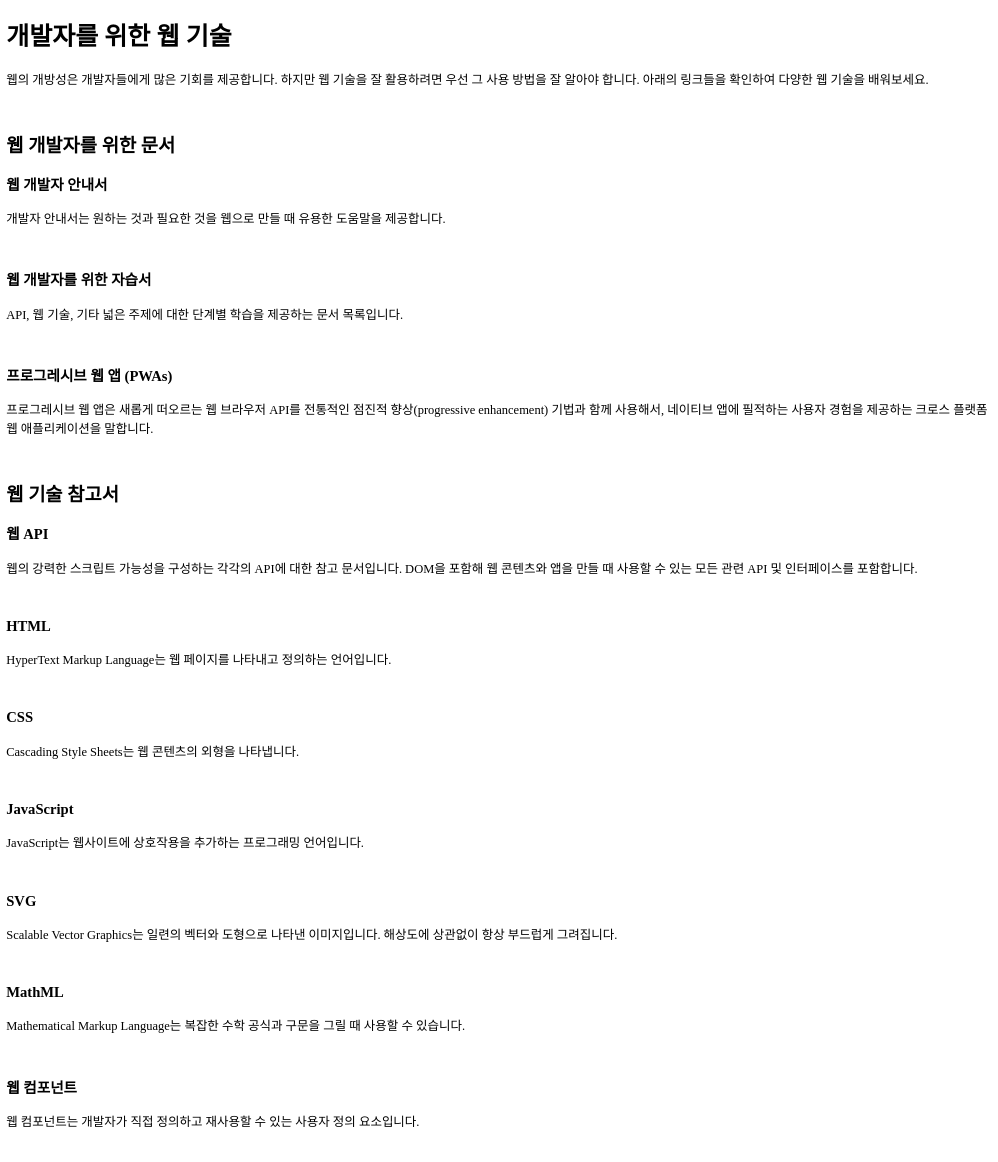
Repository: Hswwwww/WEB
Page: ClientTest/src/main/webapp/html/Q003.html
These files come from the project's save history. The page is drawn as it stood at one moment and after the next save; the edit follows.
The browser window is 1280 px wide. The pictures show the whole page, at 78% of full size.

Above is the page before, as saved 2024-03-13 02:19:38.

### ClientTest/src/main/webapp/html/Q003.html
<!DOCTYPE html>
<html>
<head>
<meta charset="UTF-8">
<title>Insert title here</title>
</head>
<body>

	<h1>개발자를 위한 웹 기술</h1>
	<p >웹의 개방성은 개발자들에게 많은 기회를 제공합니다. 하지만 웹 기술을 잘 활용하려면 우선 그 사용 방법을 잘 알아야 합니다. 아래의 링크들을 확인하여 다양한 웹 기술을 배워보세요.</p><br>

	<h2>웹 개발자를 위한 문서</h2>

	<h3>웹 개발자 안내서</h3>

	<p> 개발자 안내서는 원하는 것과 필요한 것을 웹으로 만들 때 유용한 도움말을 제공합니다.</p><br>

	<h3>웹 개발자를 위한 자습서</h3>
	<p>API, 웹 기술, 기타 넓은 주제에 대한 단계별 학습을 제공하는 문서 목록입니다.</p><br>


	<h3>프로그레시브 웹 앱 (PWAs)</h3>
	<p >프로그레시브 웹 앱은 새롭게 떠오르는 웹 브라우저 API를 전통적인 점진적 향상(progressive enhancement) 기법과 함께 사용해서, 네이티브 앱에 필적하는 사용자 경험을 제공하는 크로스 플랫폼 웹 애플리케이션을 말합니다.</p><br>

	<h2>웹 기술 참고서</h2>

	<h3>웹 API</h3>
	<p >웹의 강력한 스크립트 가능성을 구성하는 각각의 API에 대한 참고 문서입니다. DOM을 포함해 웹 콘텐츠와 앱을 만들 때 사용할 수 있는 모든 관련 API 및 인터페이스를 포함합니다.</p><br>

	<h3>HTML</h3>
	<p >HyperText Markup Language는 웹 페이지를 나타내고 정의하는 언어입니다.</p><br>

	<h3>CSS</h3>
	<p >Cascading Style Sheets는 웹 콘텐츠의 외형을 나타냅니다.</p><br>

	<h3>JavaScript</h3>
	<p >JavaScript는 웹사이트에 상호작용을 추가하는 프로그래밍 언어입니다.</p><br>

	<h3>SVG</h3>
	<p >Scalable Vector Graphics는 일련의 벡터와 도형으로 나타낸 이미지입니다. 해상도에 상관없이 항상 부드럽게 그려집니다.</p><br>

	<h3>MathML</h3>
	<p  >Mathematical Markup Language는 복잡한 수학 공식과 구문을 그릴 때 사용할 수 있습니다.</p><br>

	<h3>웹 컴포넌트</h3>
	<p >웹 컴포넌트는 개발자가 직접 정의하고 재사용할 수 있는 사용자 정의 요소입니다.</p><br>




</body>
</html>

After the next save:
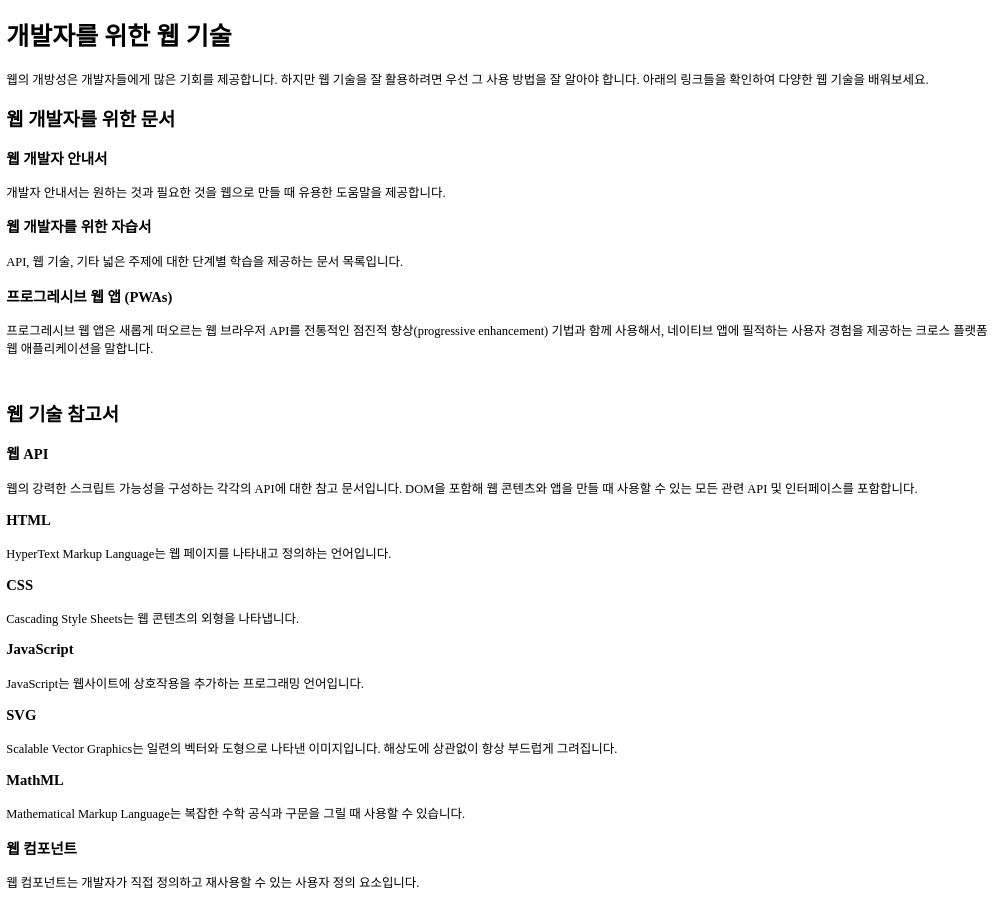
Saved 28 s later.
--- a/ClientTest/src/main/webapp/html/Q003.html
+++ b/ClientTest/src/main/webapp/html/Q003.html
@@ -7,16 +7,16 @@
 <body>
 
 	<h1>개발자를 위한 웹 기술</h1>
-	<p >웹의 개방성은 개발자들에게 많은 기회를 제공합니다. 하지만 웹 기술을 잘 활용하려면 우선 그 사용 방법을 잘 알아야 합니다. 아래의 링크들을 확인하여 다양한 웹 기술을 배워보세요.</p><br>
+	<p >웹의 개방성은 개발자들에게 많은 기회를 제공합니다. 하지만 웹 기술을 잘 활용하려면 우선 그 사용 방법을 잘 알아야 합니다. 아래의 링크들을 확인하여 다양한 웹 기술을 배워보세요.</p>
 
 	<h2>웹 개발자를 위한 문서</h2>
 
 	<h3>웹 개발자 안내서</h3>
 
-	<p> 개발자 안내서는 원하는 것과 필요한 것을 웹으로 만들 때 유용한 도움말을 제공합니다.</p><br>
+	<p> 개발자 안내서는 원하는 것과 필요한 것을 웹으로 만들 때 유용한 도움말을 제공합니다.</p>
 
 	<h3>웹 개발자를 위한 자습서</h3>
-	<p>API, 웹 기술, 기타 넓은 주제에 대한 단계별 학습을 제공하는 문서 목록입니다.</p><br>
+	<p>API, 웹 기술, 기타 넓은 주제에 대한 단계별 학습을 제공하는 문서 목록입니다.</p>
 
 
 	<h3>프로그레시브 웹 앱 (PWAs)</h3>
@@ -25,25 +25,25 @@
 	<h2>웹 기술 참고서</h2>
 
 	<h3>웹 API</h3>
-	<p >웹의 강력한 스크립트 가능성을 구성하는 각각의 API에 대한 참고 문서입니다. DOM을 포함해 웹 콘텐츠와 앱을 만들 때 사용할 수 있는 모든 관련 API 및 인터페이스를 포함합니다.</p><br>
+	<p >웹의 강력한 스크립트 가능성을 구성하는 각각의 API에 대한 참고 문서입니다. DOM을 포함해 웹 콘텐츠와 앱을 만들 때 사용할 수 있는 모든 관련 API 및 인터페이스를 포함합니다.</p>
 
 	<h3>HTML</h3>
-	<p >HyperText Markup Language는 웹 페이지를 나타내고 정의하는 언어입니다.</p><br>
+	<p >HyperText Markup Language는 웹 페이지를 나타내고 정의하는 언어입니다.</p>
 
 	<h3>CSS</h3>
-	<p >Cascading Style Sheets는 웹 콘텐츠의 외형을 나타냅니다.</p><br>
+	<p >Cascading Style Sheets는 웹 콘텐츠의 외형을 나타냅니다.</p>
 
 	<h3>JavaScript</h3>
-	<p >JavaScript는 웹사이트에 상호작용을 추가하는 프로그래밍 언어입니다.</p><br>
+	<p >JavaScript는 웹사이트에 상호작용을 추가하는 프로그래밍 언어입니다.</p>
 
 	<h3>SVG</h3>
-	<p >Scalable Vector Graphics는 일련의 벡터와 도형으로 나타낸 이미지입니다. 해상도에 상관없이 항상 부드럽게 그려집니다.</p><br>
+	<p >Scalable Vector Graphics는 일련의 벡터와 도형으로 나타낸 이미지입니다. 해상도에 상관없이 항상 부드럽게 그려집니다.</p>
 
 	<h3>MathML</h3>
-	<p  >Mathematical Markup Language는 복잡한 수학 공식과 구문을 그릴 때 사용할 수 있습니다.</p><br>
+	<p  >Mathematical Markup Language는 복잡한 수학 공식과 구문을 그릴 때 사용할 수 있습니다.</p>
 
 	<h3>웹 컴포넌트</h3>
-	<p >웹 컴포넌트는 개발자가 직접 정의하고 재사용할 수 있는 사용자 정의 요소입니다.</p><br>
+	<p >웹 컴포넌트는 개발자가 직접 정의하고 재사용할 수 있는 사용자 정의 요소입니다.</p>
 
 
 
